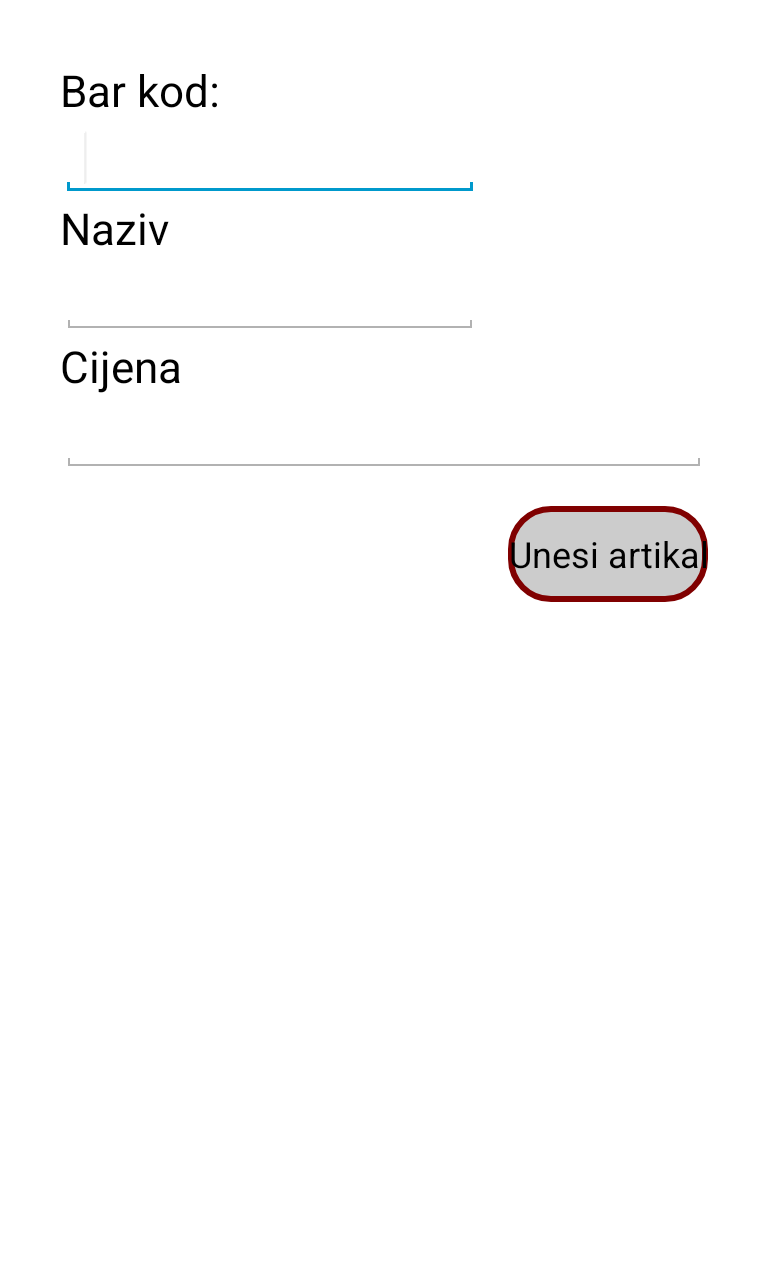
Repository: dzenisahusic/AndroidApp
Layout: Edit2014Sales/res/layout/fragment_unosartikla.xml
An editor plug-in stored every save of this project. The layout is shown before and after the next save, followed by the edit.
It is drawn on a 768 x 1280 px phone screen (xhdpi) without system bars, with theme AppTheme; the app's code is not run.

Above is the layout before, as saved 2014-07-15 18:01:43.

After the next save:
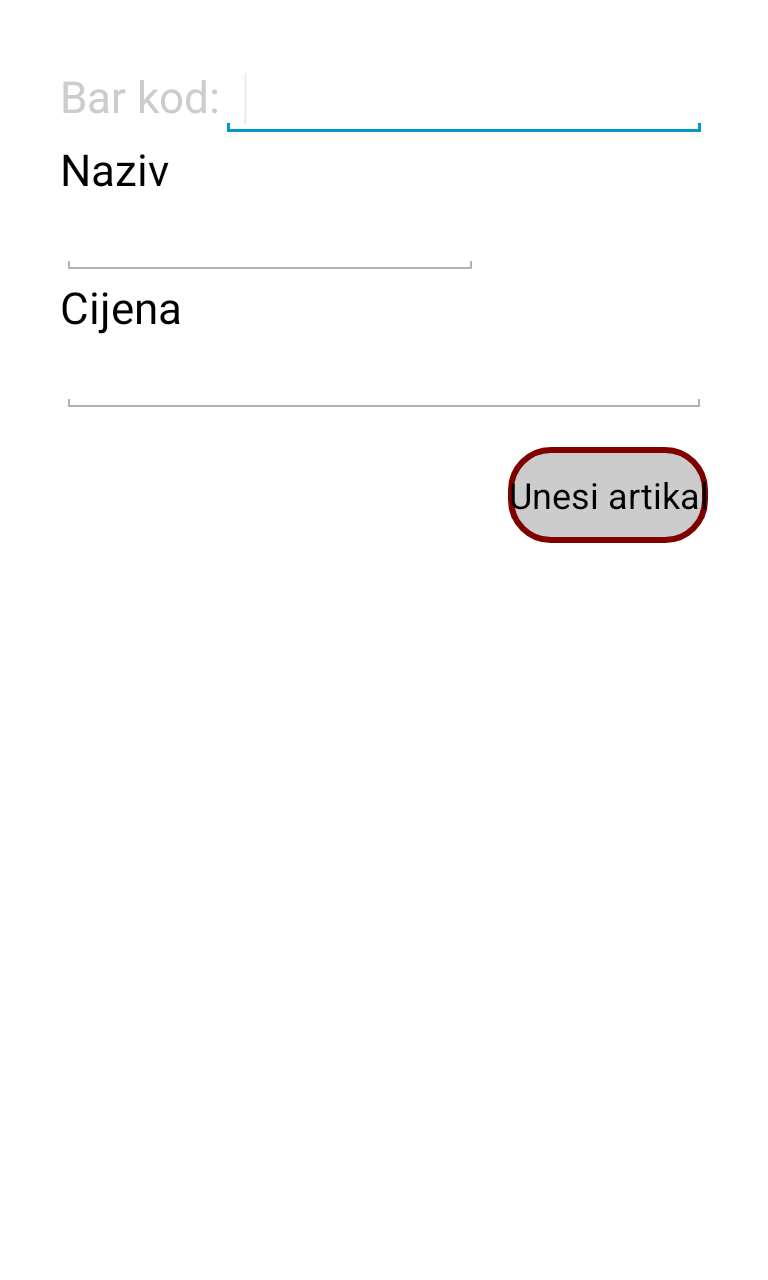
Saved 14 min 55 s later.
--- a/Edit2014Sales/res/layout/fragment_unosartikla.xml
+++ b/Edit2014Sales/res/layout/fragment_unosartikla.xml
@@ -12,7 +12,7 @@
         android:layout_height="wrap_content"
         android:layout_alignParentLeft="true"
         android:layout_alignParentTop="true"
-        android:orientation="vertical"
+        android:orientation="horizontal"
         android:layout_marginTop="30dip"
         android:layout_marginRight="30dip"
         android:layout_marginLeft="30dip"
@@ -24,7 +24,8 @@
             android:layout_width="wrap_content"
             android:layout_height="wrap_content"
             android:text="Bar kod:"
-            android:textAppearance="?android:attr/textAppearanceLarge" />
+            android:textAppearance="?android:attr/textAppearanceLarge"
+            android:textColor="#CCCCCC" />
 
         <EditText
             android:id="@+id/tBarkod"
